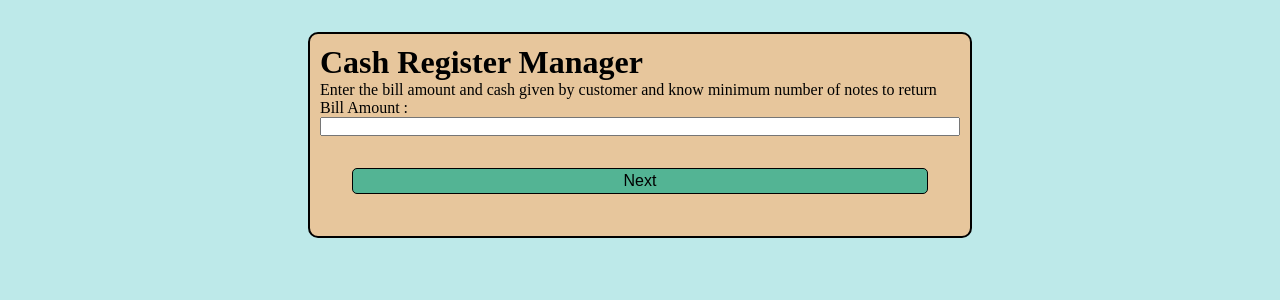
Repository: patelamancode/Cash-register-manager-app
Page: index.html
These files come from the project's save history. The page is drawn as it stood at one moment and after the next save; the edit follows.
The browser window is 1280 px wide. The pictures show the whole page.

Above is the page before, as saved 2022-11-18 15:38:01.

### index.html
<!DOCTYPE html>
<html lang="en">

<head>
    <meta charset="UTF-8">
    <meta http-equiv="X-UA-Compatible" content="IE=edge">
    <meta name="viewport" content="width=device-width, initial-scale=1.0">
    <link rel="stylesheet" href="index.css">
    <title>Cash register app</title>
</head>

<body>
    <div id="main-container">
        <h1 class="heading">Cash Register Manager</h1>
        <p id="description">Enter the bill amount and cash given by customer
            and know minimum number of notes to return
        </p>
        <label for="Bill-amount">Bill Amount :</label>
        <input type="text" id="bill-amount">
        <button id="next-btn">Next</button>
        <div class="sub-container">
            <label for="Cash-amount" class="cash-section">User Cash :</label>
            <input type="text" id="cash-amount">
            <button class="check-btn">Check</button>
            <p class="error-message"></p>
            <table class="change-cash">
                <caption>Return Change Cash :</caption>
                <tr>
                    <th>No. of notes</th>
                    <td class="notes-number"></td>
                    <td class="notes-number"></td>
                    <td class="notes-number"></td>
                    <td class="notes-number"></td>
                    <td class="notes-number"></td>
                    <td class="notes-number"></td>
                    <td class="notes-number"></td>
                    <td class="notes-number"></td>
                    <td class="notes-number"></td>
                    <td class="notes-number"></td>
                </tr>
                <tr>
                    <th>Notes</th>
                    <td>2000</td>
                    <td>1000</td>
                    <td>500</td>
                    <td>200</td>
                    <td>100</td>
                    <td>50</td>
                    <td>20</td>
                    <td>10</td>
                    <td>5</td>
                    <td>1</td>
                </tr>
            </table>
        </div>
    </div>

    <script src="index.js"></script>
</body>

</html>

### index.css
*{
    margin: 0;
    padding: 0;
}

body{
    background-color: rgb(189, 233, 233);
}

#main-container{
    display: flex;
    flex-direction: column;
    width: 50vw;
    margin: auto;
    margin-top: 2rem;
    padding: 10px;
    border: 2px solid black;
    border-radius: 10px;
    background-color: rgb(231, 198, 156);

}

button{
    margin: 2rem;
    padding: 3px;
    font-size: 1rem;
    font-weight: 500;
    border: 1px solid;
    background-color: rgb(83, 180, 148);
    border-radius: 5px;
}

.sub-container{
    display: none;
    flex-direction: column;
    width: 50vw;
    margin: auto;
}

### index.js
// document.querySelector('.check-btn').addEventListener('click', function(){
//     console.log("Check button is clicked")
// })

const billAmount = document.querySelector('#bill-amount');
const cashAmount = document.querySelector('#cash-amount');
const checkButton = document.querySelector('.check-btn');
const errorMessage = document.querySelector('.error-message');
const notesDisplay = document.querySelectorAll('.notes-number');
// from here
const hideContent = document.querySelector('.sub-container');
const nextButton = document.querySelector('#next-btn');


// Testing console values for all inputs
// checkButton.addEventListener('click', function(){
//     console.log(cashAmount.value);
// })

nextButton.addEventListener('click', function(){
    hideContent.style.display = "flex"
    hideContent.style.flexDirection = "column"
})
// to here

const displayErrorMessage = function (message) {
    errorMessage.style.display = "block";
    errorMessage.style.backgroundColor = "red";
    errorMessage.innerText = message;
}
const hideErrorMessage = function(){
    errorMessage.style.display = "none";

}

const notesArray = [2000, 1000, 500, 200, 100, 50, 20, 10, 5, 1];
const numberOfNotesGiven = function(returnAmount){
    for(let i=0; i< notesArray.length; i++){
        let notesCount = Math.trunc(returnAmount/notesArray[i]);
        returnAmount = returnAmount%notesArray[i];
        notesDisplay[i].innerText = notesCount;
    }
}

checkButton.addEventListener('click', function amountValidation() {
    hideErrorMessage();

    if (billAmount.value > 0) {
        if(cashAmount.value >= billAmount.value){
            const returnAmount = cashAmount.value - billAmount.value;
            numberOfNotesGiven(returnAmount);
        }
        else{
            displayErrorMessage("Invalid Cash value as per Bill amount");
        }
    }
    else {
        displayErrorMessage("Please make sure input bill amount must be positive and non-zero value");
    }
})



// 1550

After the next save:
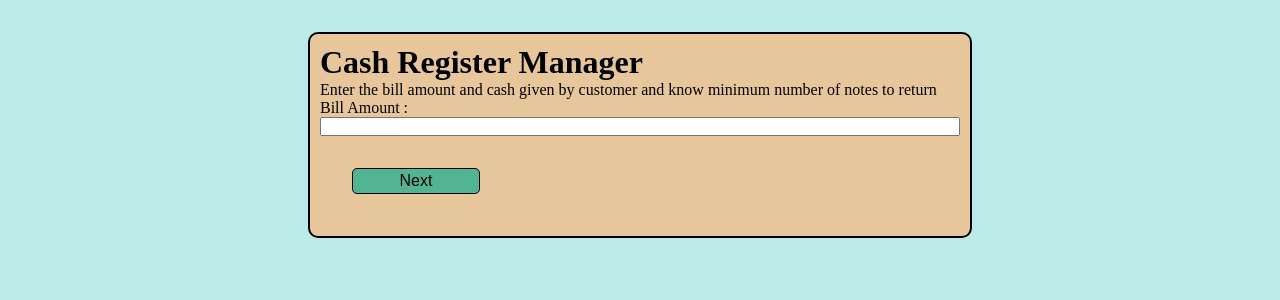
Saved 48 s later.
--- a/index.css
+++ b/index.css
@@ -23,6 +23,7 @@ body{
 button{
     margin: 2rem;
     padding: 3px;
+    width: 10vw;
     font-size: 1rem;
     font-weight: 500;
     border: 1px solid;
